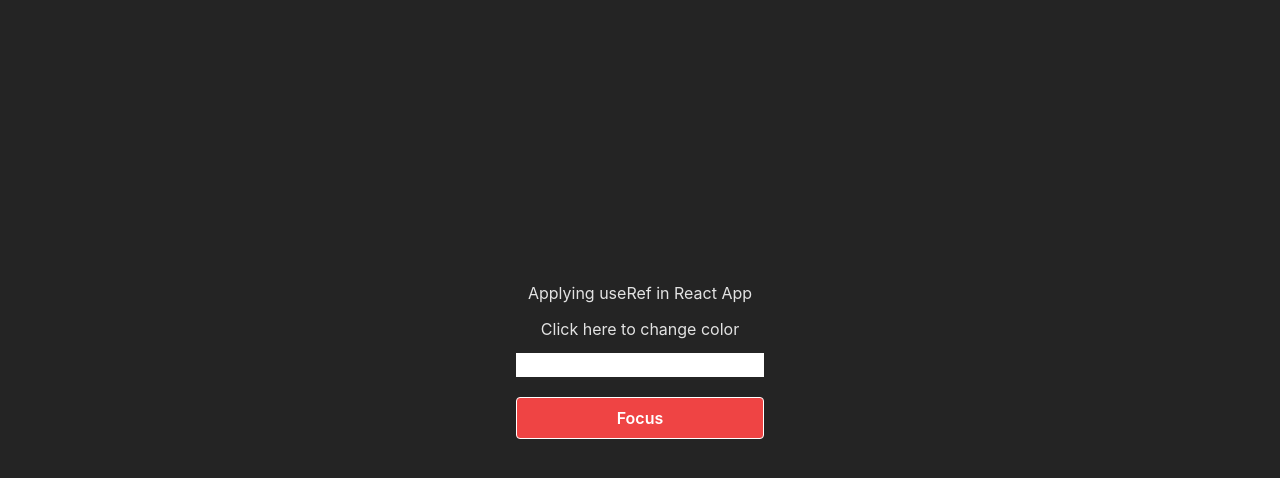
Repository: s-babaeizadeh/react-hooks-typescript
Page: / (app in useRefComp/)
These files come from the project's save history. The page is drawn as it stood at one moment and after the next save; the edit follows.
The browser window is 1280 px wide. The pictures show the whole page.
The project was rebuilt for these pictures with package versions that can differ from the ones it lists, and the page was loaded fresh each time. Also part of the build but not shown: useRefComp/vite.config.ts.

Above is the page before, as saved 2024-11-28 20:57:46.

### useRefComp/src/App.tsx
import React, { useEffect, useRef, useState } from "react";

import "./App.css";

const App = () => {
  const [text, setText] = useState("");
  const persistRef = useRef(0);
  const changeColorRef = useRef<HTMLHeadingElement | null>(null);

  const inputRef = useRef<HTMLInputElement>(null);

  useEffect(() => {
    persistRef.current += 1;
  });

  console.log(persistRef.current);

  const handleClick = () => {
    if (changeColorRef.current) {
      changeColorRef.current.style.color = "blue";
    }
  };

  const handleChange = (e: React.ChangeEvent<HTMLInputElement>) => {
    setText(e.target.value);
  };

  const focusInput = () => {
    if (inputRef.current) {
      inputRef.current.focus();
    }
  };
  return (
    <div>
      <h1 ref={changeColorRef}>Applying useRef in React App</h1>
      <h2 onClick={handleClick} className="py-3">
        Click here to change color
      </h2>
      <div className="flex flex-col gap-5">
        <input type="text" onChange={handleChange} ref={inputRef} />
        <button
          onClick={focusInput}
          className="p-3 bg-red-500 hover:bg-blue-500 text-blue-700 font-semibold text-white py-2 px-4 border border-white hover:border-transparent rounded"
        >
          Focus
        </button>
      </div>
      <h2>{text}</h2>
    </div>
  );
};

export default App;

Loaded but not shown: useRefComp/index.html (common file); useRefComp/src/main.tsx (common file); useRefComp/src/index.css (common file); useRefComp/src/App.css (common file); useRefComp/tailwind.config.js (common file)

After the next save:
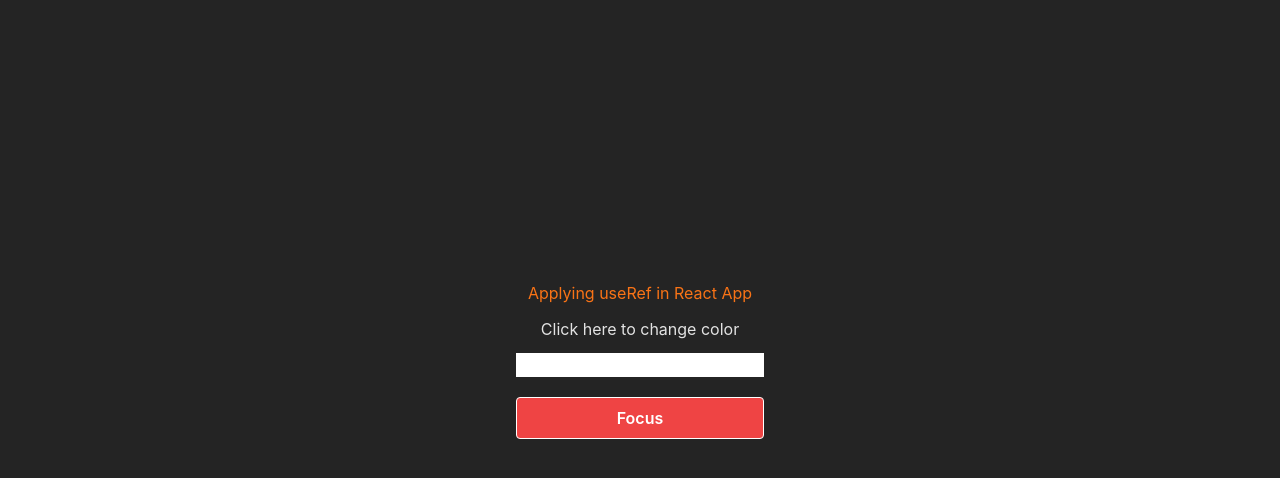
Saved 37 s later.
--- a/useRefComp/src/App.tsx
+++ b/useRefComp/src/App.tsx
@@ -32,7 +32,9 @@ const App = () => {
   };
   return (
     <div>
-      <h1 ref={changeColorRef}>Applying useRef in React App</h1>
+      <h1 ref={changeColorRef} className="text-orange-500">
+        Applying useRef in React App
+      </h1>
       <h2 onClick={handleClick} className="py-3">
         Click here to change color
       </h2>
